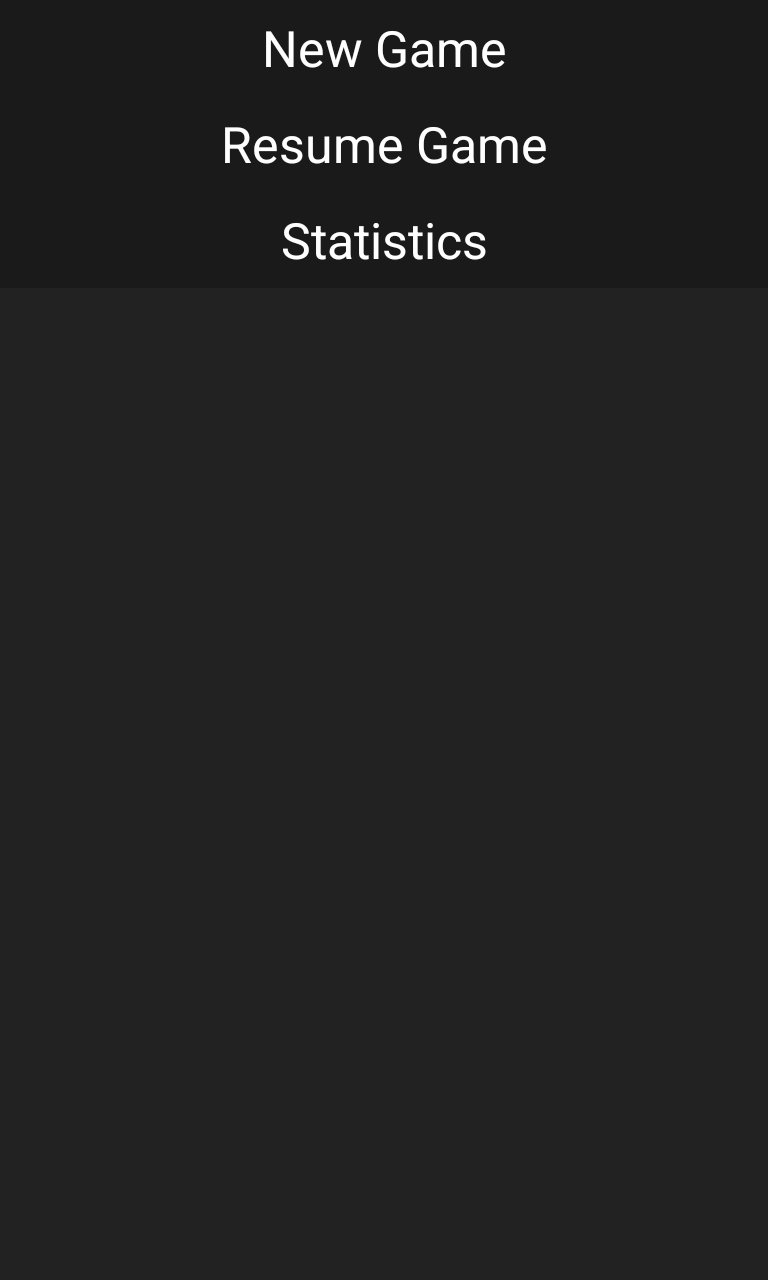
Repository: andyhurd/SuperMunchkin
Layout: SuperMunchkin/res/layout/activity_main_menu.xml
These files come from the project's save history. The layout is drawn as it stood at one moment and after the next save; the edit follows.
It is drawn on a 768 x 1280 px phone screen (xhdpi) without system bars, with theme AppTheme; the app's code is not run.

Above is the layout before, as saved 2012-11-02 01:19:45.

After the next save:
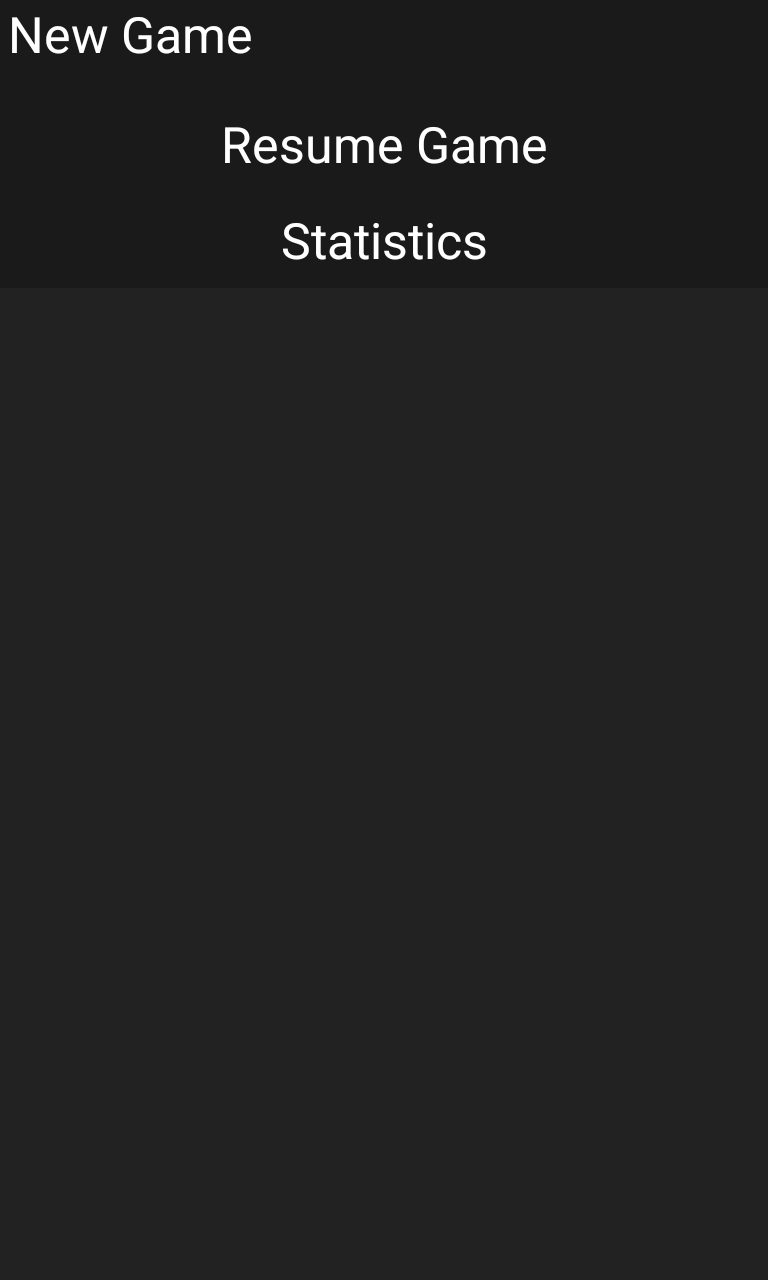
Saved 50 s later.
--- a/SuperMunchkin/res/layout/activity_main_menu.xml
+++ b/SuperMunchkin/res/layout/activity_main_menu.xml
@@ -20,6 +20,7 @@
 	            android:text="@string/new_game"
 		        android:textColor="@android:color/white"
 		        android:textSize="25dip"
+		        android:gravity="left"
 		        style="?android:attr/borderlessButtonStyle" />
 
 	        <Button
